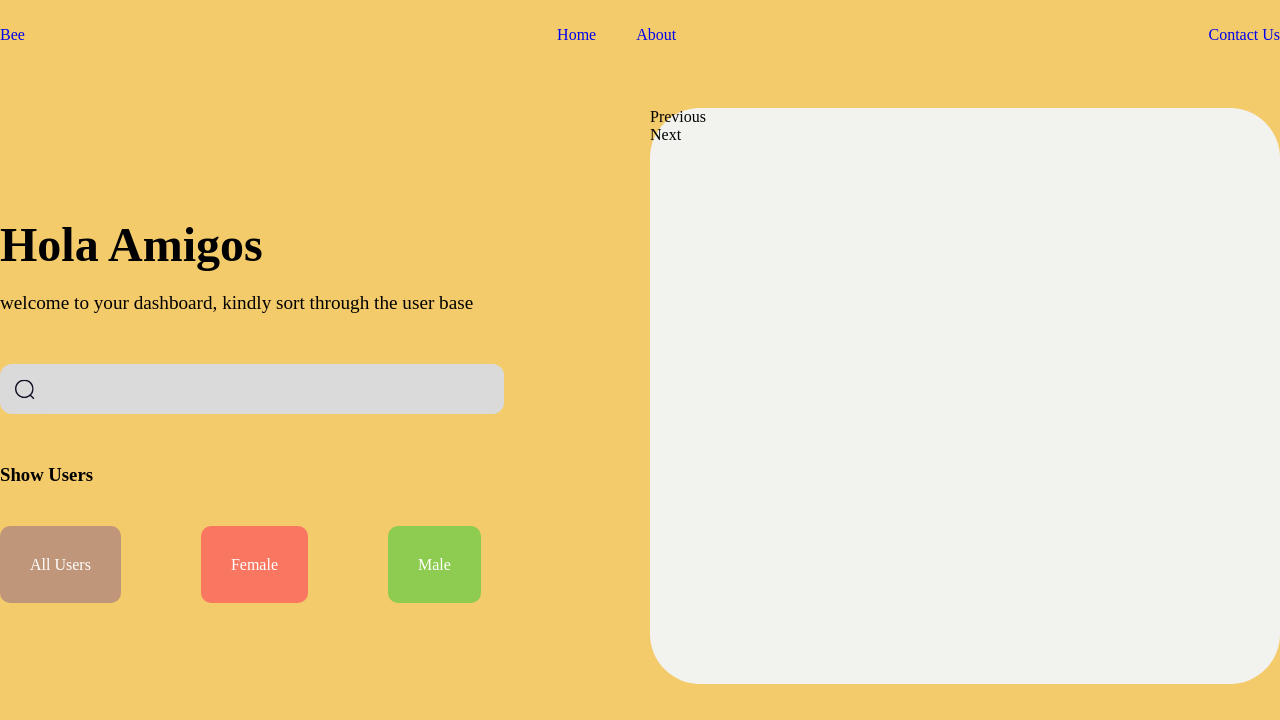
Repository: ble-syn/Random-user-generator-app
Page: /
The author's editor kept a copy of each file at every save. The page is drawn from the files as they stood at one save, then again after the next save.
The browser window is 1280 px wide. The pictures show the whole page.
The page's requests for data from a server got no answer. The project was rebuilt for these pictures with package versions that can differ from the ones it lists, and the page was loaded fresh each time. No one was signed in, and anything a server would have sent is missing. Also part of the build but not shown: src/components/ErrorBoundaries.jsx, src/pages/About.jsx, src/pages/Policy.jsx, src/pages/Terms.jsx, src/pages/Contact.jsx, src/pages/NotFound.jsx.

Above is the page before, as saved 2022-10-26 21:00:15.

### src/index.css
*{
  margin: 0;
  padding: 0;
  box-sizing: border-box;
}
a {
  text-decoration: none;
}

body {
  background-color: #F4CB6B;
}
.container {
  width: 100%;
  max-width: 1300px;
  margin: 0 auto;

}

nav {
  display: flex;
  justify-content: space-between;
  margin: 2% 0 5%;
}
.menu {
  margin: 0 20px;
}

.home-container{
  display: flex;

  align-items: center;
}
/* LEFT STYLES */
#left {
  flex: 5;
}
#left h1 {
  font-size: 3rem;
  font-weight: 700;
  margin-bottom: 20px;
}
#left p {
  font-size: 1.2rem;
  margin-bottom: 20px;
}
.search-input {
  width: 80%;
  background-color: #dadada;
  border-radius: 12px;
  border: none;
  display: flex;
  place-items: center;
  padding-left: 15px;
  margin: 50px 0;
}
input {
  border: none;
  border-radius: 12px;
  background-color: inherit;
  width: 100%;
  height: 50px;
  padding-left: 5px;
  font-size: 20px;
}
input:focus {
  outline: none;
}
input::placeholder {
  color: #171717;
}
.user-link-cont {
  margin-top: 70px;
}
.user-link{
  margin-right: 80px;
  padding: 30px;
  border-radius: 10px;
  color: #FFF;
  cursor: pointer;
}
.all-user {
  background-color: #BF9679;
}
.f-user{
  background-color: #F97661;
}
.m-user{
background-color: #8DCC50;
}

#right{
  height: 80vh;
 flex: 5;
  margin-left: 20px;
  background-color: #F2F2EF;
  border-radius: 50px;
}

### src/App.js
import { BrowserRouter as Router, Routes, Route, Navigate} from "react-router-dom";
import Navbar from "./components/Navbar";
import Home from "./pages/Home";
import About from "./pages/About";
import Policy from "./pages/Policy";
import Terms from "./pages/Terms";
import Contact from "./pages/Contact";
import NotFound from "./pages/NotFound";

function App() {
  return (
    <div className="container">
      <Router>
      <Navbar />
        <Routes>
          <Route path="/" element={<Home />} />
          <Route path="/about" element={<About />}>
            <Route path="policy" element={<Policy />} />
            <Route path="terms" element={<Terms />} />
          </Route>
          <Route path="/contact" element={<Contact />} />
          <Route path="/not-found" element={<NotFound />} />
          <Route path="*" element={<Navigate to="/not-found" />} />
        </Routes>
      </Router>

    </div>
  );
}

export default App;

### src/components/Navbar.jsx
import React from "react";
import { Link } from "react-router-dom";

function Navbar() {
    return (
      <nav className="header">
        <div className="logo">
          <Link to="/">Bee</Link>
        </div>


        <div>
            <Link to="/" className="menu">Home</Link>

            <Link to="/about" className="menu">About</Link>
        </div>
        <div>
            <Link to="/contact">Contact Us</Link>
        </div>
      </nav>
    );
  }

export default Navbar;

### src/pages/Home.jsx
import { useState, useEffect } from "react";
import Pagination from "../components/pagination";
import ErrorBoundary from "../components/ErrorBoundaries";
import { Link } from "react-router-dom";
import { ReactComponent as Search } from "../assets/Search.svg"
import User from "../components/User";


function Home() {
  const [users, setUsers] = useState([]);
  // const [loading, setLoading] = useState(true);

  const [currentPage, setCurrentPage] = useState(1);
  const [usersPerPage] = useState(4);

  // get users from the randomuser api
  useEffect(() => {
    const fetchUsers = async () => {
      const res = await fetch("https://randomuser.me/api/?results=20");
      const data = await res.json();
      setUsers(data.results);
      // setLoading(false);
    };

    fetchUsers();
  }, []);

  //   loading state
  // if (loading) {
  //   return <Spinner />;
  // }

  //   pagination logic
  const indexOfLastUser = currentPage * usersPerPage;
  const indexOfFirstUser = indexOfLastUser - usersPerPage;
  const currentUsers = users.slice(indexOfFirstUser, indexOfLastUser);
  const numberOfPages = Math.ceil(users.length / usersPerPage);

  return (
    <div className="home-container">
      <div id="left">
        <h1>Hola Amigos</h1>
        <p>welcome to your dashboard, kindly sort through the user base</p>
        <form action="" className="search-input">
          <Search />
          <input type="text" name="" id="" />
        </form>
        <h3>Show Users</h3>
        <div className="user-link-cont">
          <Link className="user-link all-user" to="/login">All Users</Link>
          <Link className="user-link f-user" to="/register">Female</Link>
          <Link className="user-link m-user" to="/about">Male</Link>
        </div>
      </div>


      <div id="right">
        <ErrorBoundary>
            <User currentUsers={currentUsers} />
          </ErrorBoundary>
          <ErrorBoundary>
            <Pagination
              numberOfPages={numberOfPages}
              currentPage={currentPage}
              setCurrentPage={setCurrentPage}
            />
        </ErrorBoundary>
      </div>
    </div>
  );
}

export default Home;

### src/components/pagination.jsx
import { useState, useEffect } from "react";

function Pagination({ numberOfPages, currentPage, setCurrentPage }) {
  const [disabledPrev, setDisabledPrev] = useState(true);
  const [disabledNext, setDisabledNext] = useState(true);

  const pageNum = [...Array(numberOfPages + 1).keys()].slice(1);

  const prevPage = () => {
    if (currentPage !== 1) {
      setCurrentPage(currentPage - 1);
    }
  };

  const nextPage = () => {
    if (currentPage !== numberOfPages) {
      setCurrentPage(currentPage + 1);
    }
  };

  useEffect(() => {
    if (currentPage > 1) {
      setDisabledPrev(false);
    } else {
      setDisabledPrev(true);
    }

    if (currentPage === numberOfPages) {
      setDisabledNext(true);
    } else {
      setDisabledNext(false);
    }
  }, [currentPage, numberOfPages]);

  return (
    <div>
      <section className="pagination">
        <div className={disabledPrev ? "disabled" : "prev"}>
          <p onClick={prevPage}>Previous</p>
        </div>
        <div className="pagination-num">
          {pageNum.map((num) => (
            <div key={num}>
              <p
                onClick={() => setCurrentPage(num)}
                className="pagination-child"
              >
                {num}
              </p>
            </div>
          ))}
        </div>
        <div className={disabledNext ? "disabled" : "next"}>
          <p onClick={nextPage}>Next</p>
        </div>
      </section>
    </div>
  );
}

export default Pagination;

### src/components/User.jsx
import React from "react";

function User({ currentUsers }) {
  return (
    <div className="">
      {currentUsers.map((user) => (
        <div key={user.login.uuid} className="flex">
          <img src={user.picture.thumbnail} alt={user.name.first} />
          <h3>
            {user.name.first} {user.name.last}
          </h3>
          <p>{user.email}</p>
          <p>
            {user.location.city}, {user.location.country}
          </p>
        </div>
      ))}
    </div>
  );
}

export default User;

Loaded but not shown: public/index.html (common file); src/index.js (common file); src/reportWebVitals.js (common file)

After the next save:
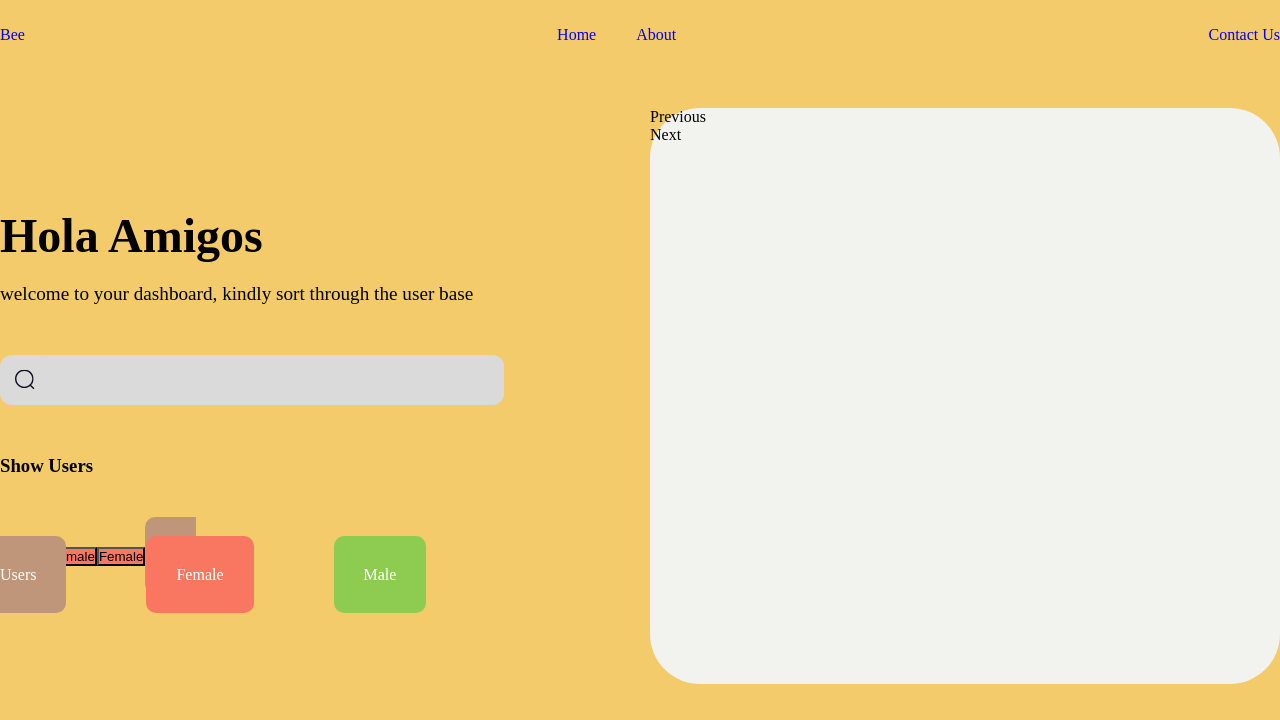
Saved 5 min 38 s later.
--- a/src/pages/Home.jsx
+++ b/src/pages/Home.jsx
@@ -47,6 +47,27 @@ function Home() {
         </form>
         <h3>Show Users</h3>
         <div className="user-link-cont">
+        <button
+        type="button"
+        className="btn f-user"
+        onClick={() => dispatch({ type: "update/gender", payload: "all" })}
+      >
+        Female
+      </button>
+      <button
+        type="button"
+        className="btn f-user"
+        onClick={() => dispatch({ type: "update/gender", payload: "female" })}
+      >
+        Female
+      </button>
+      <button
+        type="button"
+        className="btn f-user"
+        onClick={() => dispatch({ type: "update/gender", payload: "male" })}
+      >
+        Female
+      </button>
           <Link className="user-link all-user" to="/login">All Users</Link>
           <Link className="user-link f-user" to="/register">Female</Link>
           <Link className="user-link m-user" to="/about">Male</Link>
